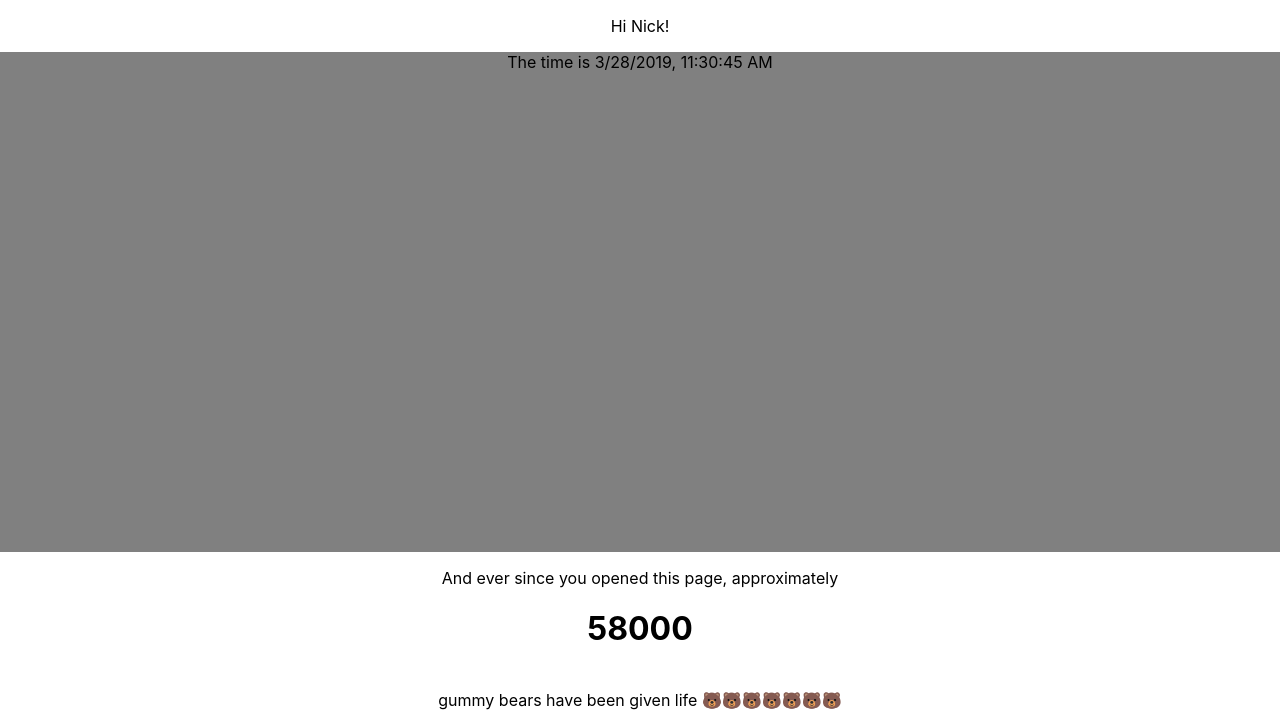
Repository: crispinonicky/gummy-facts
Page: /
An editor plug-in stored every save of this project. The page is shown before and after the next save, followed by the edit.
The browser window is 1280 px wide. The pictures show the whole page.
The project was rebuilt for these pictures with package versions that can differ from the ones it lists, and the page was loaded fresh each time.

Above is the page before, as saved 2019-03-28 14:27:04.

After the next save:
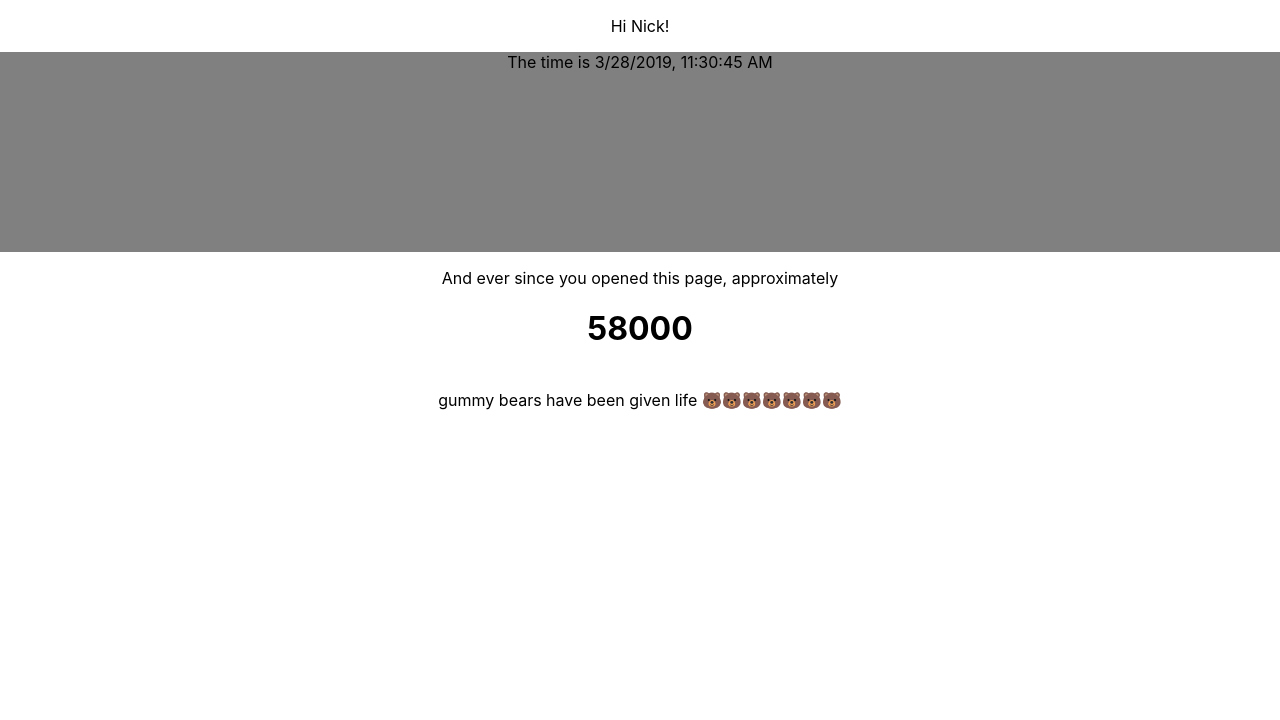
Saved 17 s later.
--- a/src/App.css
+++ b/src/App.css
@@ -4,6 +4,6 @@
 }
 
 .Clock {
-  height: 500px;
+  height: 200px;
   background: gray;
 }
